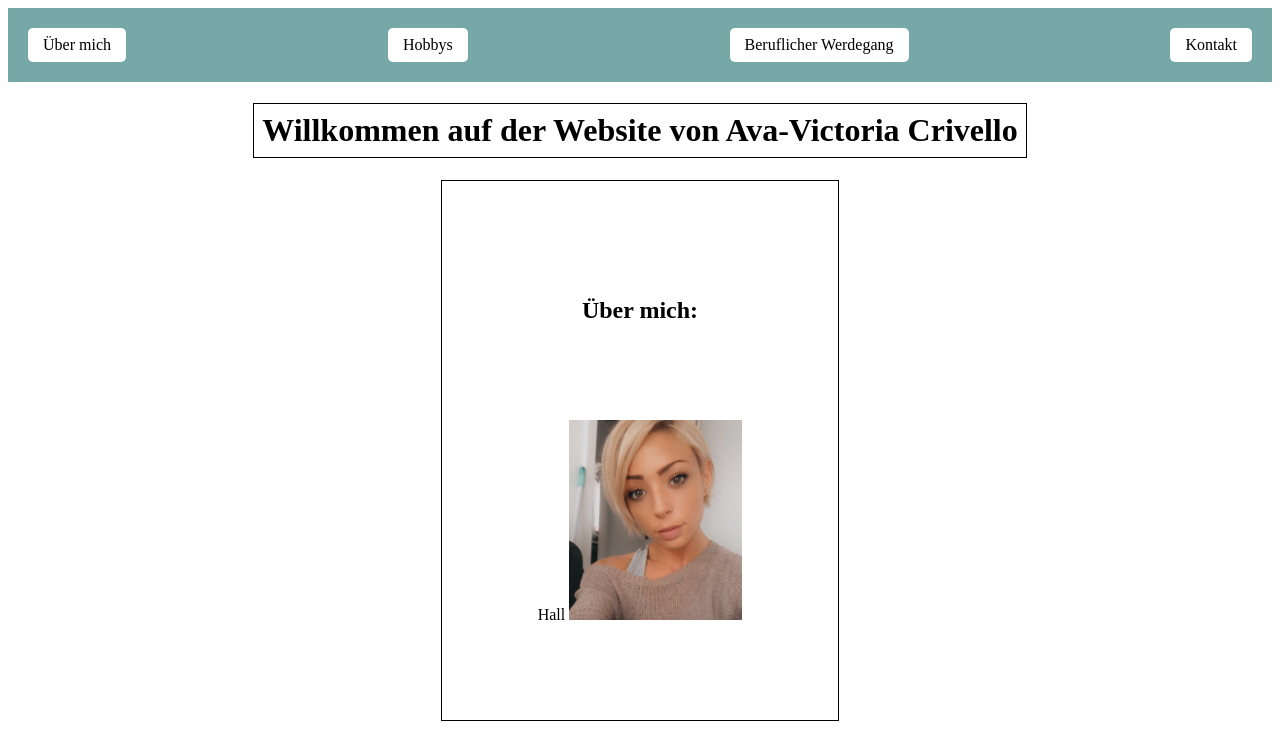
Repository: Ava-VictoriaCrivello/website
Page: index.html
These files come from the project's save history. The page is drawn as it stood at one moment and after the next save; the edit follows.
The browser window is 1280 px wide. The pictures show the whole page.
Some web fonts or font styles are not loaded; a fallback is used.

Above is the page before, as saved 2022-05-29 20:03:58.

After the next save:
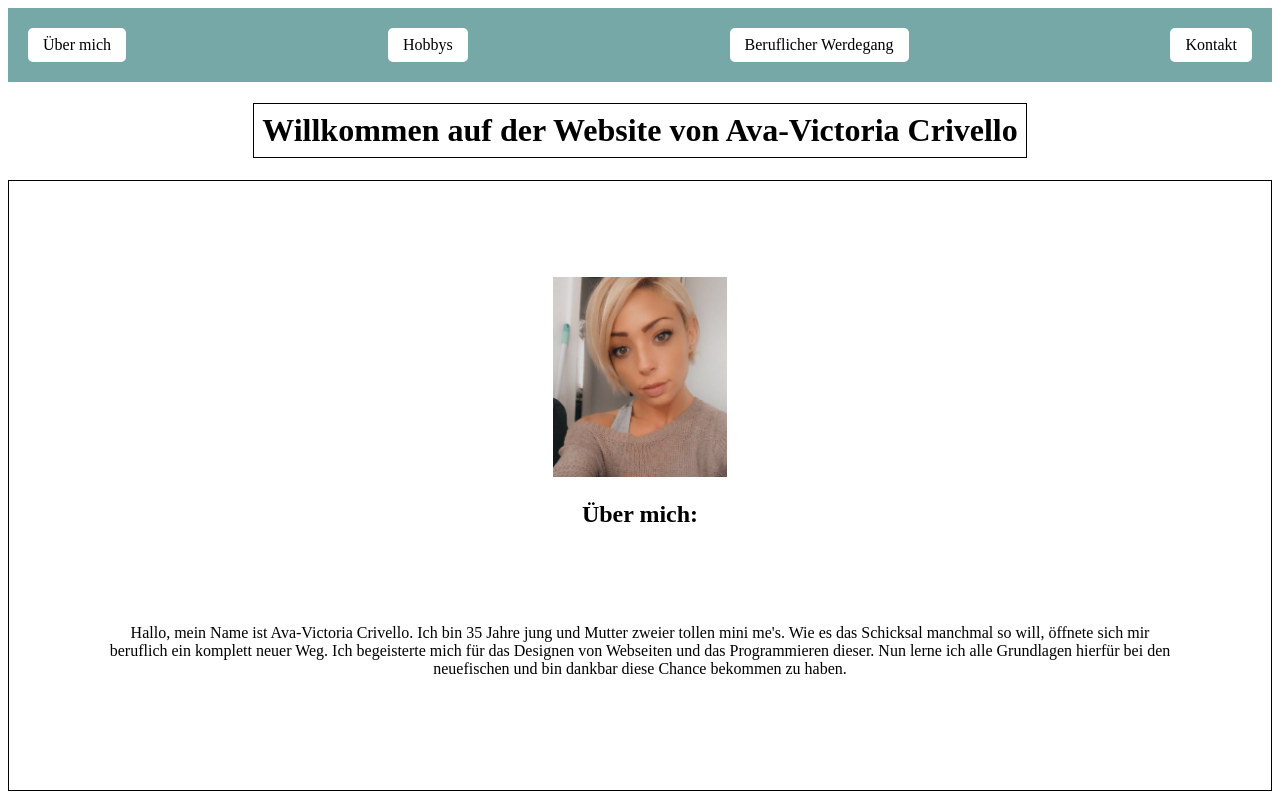
Saved 18 min 4 s later.
--- a/index.html
+++ b/index.html
@@ -23,9 +23,16 @@
 
     <h1>Willkommen auf der Website von Ava-Victoria Crivello</h1>
     <article>
+      <img src="ich.png" alt="Frau mit blonden Haaren" height="200px" />
       <h2>Über mich:</h2>
-      Hall
-      <img src="ich.png" alt="Frau mit blonden Haaren" height="200px" />
+      <p>
+        Hallo, mein Name ist Ava-Victoria Crivello. Ich bin 35 Jahre jung und
+        Mutter zweier tollen mini me's. Wie es das Schicksal manchmal so will,
+        öffnete sich mir beruflich ein komplett neuer Weg. Ich begeisterte mich
+        für das Designen von Webseiten und das Programmieren dieser. Nun lerne
+        ich alle Grundlagen hierfür bei den neuefischen und bin dankbar diese
+        Chance bekommen zu haben.
+      </p>
     </article>
   </body>
 </html>
